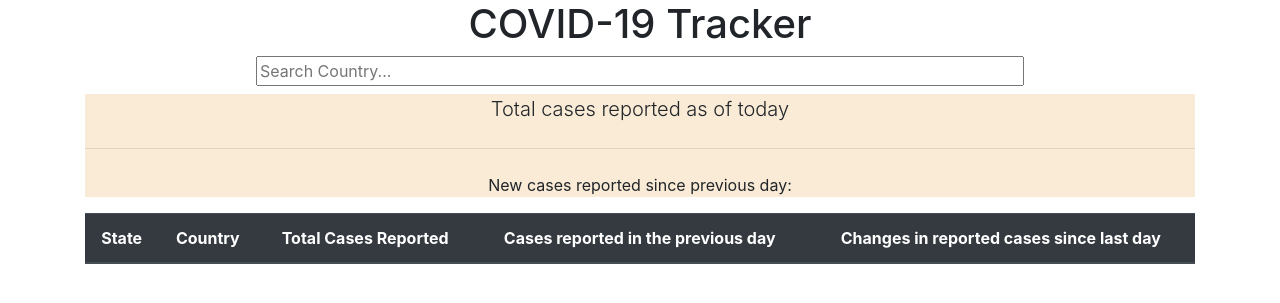
Repository: kimjuneyoung5/Bootcamp-Java
Page: http://localhost/CovidTrackingApp/WEB-INF/cases.jsp
The author's editor kept a copy of each file at every save. The page is drawn from the files as they stood at one save, then again after the next save.
The browser window is 1280 px wide. The pictures show the whole page.
The page is served by Tomcat 9. Nobody is signed in. Other server files are loaded and not shown. The template is opened directly, without the code that normally fills it, so the values that code supplies are empty.

Above is the page before, as saved 2021-10-01 22:09:17.

### oop/CovidTrackingApp/src/main/webapp/WEB-INF/cases.jsp
<%@ page language="java" contentType="text/html; charset=UTF-8"
    pageEncoding="UTF-8"%>
<%@ taglib prefix="c" uri="http://java.sun.com/jsp/jstl/core" %>
<%@ taglib prefix="fmt" uri="http://java.sun.com/jsp/jstl/fmt" %>
<%@ taglib prefix="form" uri="http://www.springframework.org/tags/form"%>
<%@ page isErrorPage="true" %>
<!DOCTYPE html>

<html xmlns:th="http://www.thymeleaf.org">

<head>
    <title>COVID-19 Cases Tracker</title>
    <meta http-equiv="Content-Type" content="text/html; charset=UTF-8" />
    <link rel="stylesheet" href="https://stackpath.bootstrapcdn.com/bootstrap/4.4.1/css/bootstrap.min.css" integrity="sha384-Vkoo8x4CGsO3+Hhxv8T/Q5PaXtkKtu6ug5TOeNV6gBiFeWPGFN9MuhOf23Q9Ifjh" crossorigin="anonymous">
    <style>
    	.container{
    		text-align:center;
    	}
    	.container1{
    		text-align:center;
    		background-color: antiquewhite;
    	}
    </style>
</head>

<body>
<div class="container">
<h1>COVID-19 Tracker</h1>
<form id="searchForm">
	<input type="text" id="searchText" placeholder="Search Country..." size="70px">
</form>

<div class="container1">
    <h1 class="display-4"><c:out value="${totalReportedCases}"/></h1>
    <p class="lead">Total cases reported as of today</p>
    <hr class="my-4">
    <p>
        <span>New cases reported since previous day:</span>
        <span><c:out value="${totalNewCases}" /></span>
    </p>

</div>
    <table class="table table-dark">
    	<thead>
        	<tr>
            	<th>State</th>
            	<th>Country</th>
            	<th>Total Cases Reported</th>
            	<th>Cases reported in the previous day</th>
            	<th>Changes in reported cases since last day</th>
        	</tr>
        </thead>
        <tbody>
        	<c:forEach var="casesStat"  items="${casesStats}">
        		<tr>
        			<c:if test="${casesStat.provinceState == ''}">
            			<td><c:out value="${casesStat.countryRegion}"/></td>
            		</c:if>
            		<c:if test="${casesStat.provinceState != ''}">
            			<td><c:out value="${casesStat.provinceState}"/></td>
            		</c:if>
            		<td><c:out value="${casesStat.countryRegion}"/></td>
            		<td><c:out value="${casesStat.latestTotalCases}"/></td>
            		<td><c:out value="${casesStat.prevDayCases}"/></td>
            		<td><c:out value="${casesStat.diffFromPrevDay}"/></td>
        		</tr>
        	</c:forEach>
        </tbody>
    </table>
</div>
</body>

</html>

After the next save:
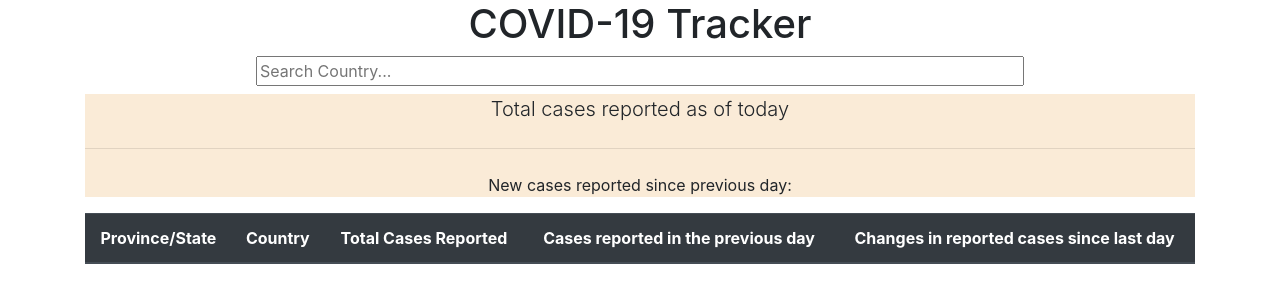
Saved 81 min 31 s later.
--- a/oop/CovidTrackingApp/src/main/webapp/WEB-INF/cases.jsp
+++ b/oop/CovidTrackingApp/src/main/webapp/WEB-INF/cases.jsp
@@ -43,7 +43,7 @@
     <table class="table table-dark">
     	<thead>
         	<tr>
-            	<th>State</th>
+            	<th>Province/State</th>
             	<th>Country</th>
             	<th>Total Cases Reported</th>
             	<th>Cases reported in the previous day</th>
